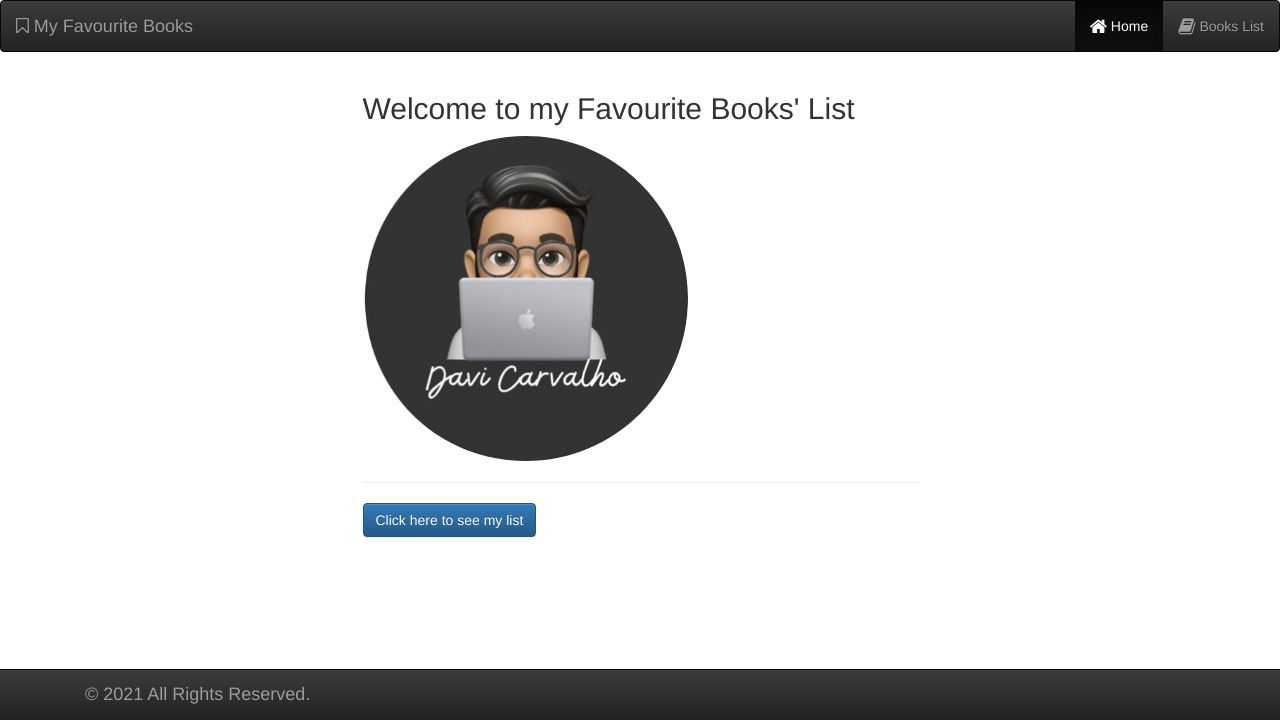
Repository: daviccarvalho/COMP229-M2021-Midterm-301154671
Page: http://localhost/
These files come from the project's save history. The page is drawn as it stood at one moment and after the next save; the edit follows.
The browser window is 1280 px wide. The pictures show the whole page.
The page is served by the project's Node server (server.js). Other server files are loaded and not shown.

Above is the page before, as saved 2021-06-22 19:05:53.

### server/views/content/index.ejs
<!--
Web App Name: Favourite Book List
Student Name: Davi Cavalcante de Carvalho
Student id# 301154671
June 22, 2021
-->
<%- include('../partials/header.ejs'); %>

    <!-- MAIN CONTENT -->
    <div class="container">
      <div class="row">
        <div class="col-md-offset-3 col-md-6">
          <h2>Welcome to my Favourite Books' List</h2>
        <img src="../../Assets/images/logo.svg" class="pe-4 d-block img-fluid align-top">
      <hr class="my-4">
        <div class="mx-auto" style="width: 200px;">
        <a class="btn btn-primary" href="/books" role="button">Click here to see my list</a>
      </div>
      </div>
    </div>

<%- include('../partials/footer.ejs'); %>

### server/views/partials/header.ejs
<!--
Web App Name: Favourite Book List
Student Name: Davi Cavalcante de Carvalho
Student id# 301154671
June 22, 2021
-->
<!DOCTYPE html>
<html lang="en">
  <head>
    <meta charset="utf-8">
    <meta name="viewport" content="width=device-width, initial-scale=1">
    <title><%= title %></title>
    <!-- CSS SECTION -->
    <link rel="stylesheet" href="/Scripts/lib/bootstrap/dist/css/bootstrap.min.css">
    <link rel="stylesheet" href="/Scripts/lib/bootstrap/dist/css/bootstrap-theme.min.css">
    <link rel="stylesheet" href="/Scripts/lib/font-awesome/css/font-awesome.min.css">
    <link rel="stylesheet" href="/@fortawesome/fontawesome-free/css/all.min.css">
    <link rel='stylesheet' href='/Content/app.css' />
  </head>
  <body>

  <nav class="navbar navbar-inverse" role="navigation">
    <!-- Brand and toggle get grouped for better mobile display -->
    <div class="navbar-header">
      <button type="button" class="navbar-toggle" data-toggle="collapse" data-target=".navbar-ex1-collapse">
        <span class="sr-only">Toggle navigation</span>
        <span class="icon-bar"></span>
        <span class="icon-bar"></span>
        <span class="icon-bar"></span>
      </button>
      <a class="navbar-brand" href="/"><i class="fa fa-bookmark-o"></i> My Favourite Books</a>
    </div>

    <!-- Collect the nav links, forms, and other content for toggling -->
    <div class="collapse navbar-collapse navbar-ex1-collapse">
      <ul class="nav navbar-nav navbar-right">
        <% if(title == "Home") { %>
          <li class="active"><a href="/"><i class="fa fa-home fa-lg"></i> Home</a></li>
        <% } else { %>
          <li><a href="/"><i class="fa fa-home fa-lg"></i> Home</a></li>
        <% } %>

          <% if(title == "books") { %>
          <li class="active"><a href="/books"><i class="fa fa-book fa-lg">
          </i> Books List</a></li>
          <% } else { %>
            <li><a href="/books"><i class="fa fa-book fa-lg">
            </i> Books List</a></li>
          <% } %>

      </ul>
    </div><!-- /.navbar-collapse -->
  </nav>

### server/views/partials/footer.ejs
<!--
Web App Name: Favourite Book List
Student Name: Davi Cavalcante de Carvalho
Student id# 301154671
June 22, 2021
-->
<nav class="navbar navbar-inverse navbar-fixed-bottom">
  <div class="container">
    <h4  class="navbar-text">&copy; 2021 All Rights Reserved.</h4>
  </div>
</nav>



<!-- JAVASCRIPT SECTION -->
    <script src="/Scripts/lib/jquery/dist/jquery.min.js"></script>
    <script src="/Scripts/lib/bootstrap/dist/js/bootstrap.min.js"></script>
    <script src="/Scripts/app.js"></script>
  </body>
</html>

### server.js
/*
Web App Name: Favourite Book List
Student Name: Davi Cavalcante de Carvalho
Student id# 301154671
June 22, 2021*/

let app = require('./server/config/app');
let debug = require('debug')('comp308-w2019-midterm:server');
let http = require('http');

/**
 * Get port from environment and store in Express.
 */

let port = normalizePort(process.env.PORT || '3000');
app.set('port', port);

/**
 * Create HTTP server.
 */

let server = http.createServer(app);

/**
 * Listen on provided port, on all network interfaces.
 */

server.listen(port);
server.on('error', onError);
server.on('listening', onListening);

/**
 * Normalize a port into a number, string, or false.
 */

function normalizePort(val) {
  let port = parseInt(val, 10);

  if (isNaN(port)) {
    // named pipe
    return val;
  }

  if (port >= 0) {
    // port number
    return port;
  }

  return false;
}

/**
 * Event listener for HTTP server "error" event.
 */

function onError(error) {
  if (error.syscall !== 'listen') {
    throw error;
  }

  let bind = typeof port === 'string'
    ? 'Pipe ' + port
    : 'Port ' + port;

  // handle specific listen errors with friendly messages
  switch (error.code) {
    case 'EACCES':
      console.error(bind + ' requires elevated privileges');
      process.exit(1);
      break;
    case 'EADDRINUSE':
      console.error(bind + ' is already in use');
      process.exit(1);
      break;
    default:
      throw error;
  }
}

/**
 * Event listener for HTTP server "listening" event.
 */

function onListening() {
  let addr = server.address();
  let bind = typeof addr === 'string'
    ? 'pipe ' + addr
    : 'port ' + addr.port;
  debug('Listening on ' + bind);
}

### server/routes/index.js
/*
Web App Name: Favourite Book List
Student Name: Davi Cavalcante de Carvalho
Student id# 301154671
June 22, 2021
*/
// modules required for routing
let express = require('express');
let router = express.Router();
let mongoose = require('mongoose');

// define the book model
let book = require('../models/books');

/* GET home page. wildcard */
router.get('/', (req, res, next) => {
  res.render('content/index', {
    title: 'Home',
    books: ''
   });
});

module.exports = router;

### client/Assets/images/logo.svg
<svg width="326" height="327" xmlns="http://www.w3.org/2000/svg" xmlns:xlink="http://www.w3.org/1999/xlink" overflow="hidden"><defs><clipPath id="clip0"><rect x="70" y="63" width="326" height="327"/></clipPath><image width="462" height="455" xlink:href="data:[embedded picture, 33003 characters]" preserveAspectRatio="none" id="img1"></image><clipPath id="clip2"><path d="M70 226.5C70 136.754 142.754 64 232.5 64 322.246 64 395 136.754 395 226.5 395 316.246 322.246 389 232.5 389 142.754 389 70 316.246 70 226.5Z" fill-rule="evenodd" clip-rule="evenodd"/></clipPath></defs><g clip-path="url(#clip0)" transform="translate(-70 -63)"><g clip-path="url(#clip2)"><use width="100%" height="100%" xlink:href="#img1" transform="matrix(0.703463 0 0 0.714286 70 64)"></use></g></g></svg>

### client/Scripts/app.js
/* custom JS goes here */

/* pagination code from http://www.bootply.com/lxa0FF9yhw */
$.fn.pageMe = function(opts){
    var $this = this,
        defaults = {
            perPage: 7,
            showPrevNext: false,
            hidePageNumbers: false
        },
        settings = $.extend(defaults, opts);

    var listElement = $this;
    var perPage = settings.perPage;
    var children = listElement.children();
    var pager = $('.pager');

    if (typeof settings.childSelector!="undefined") {
        children = listElement.find(settings.childSelector);
    }

    if (typeof settings.pagerSelector!="undefined") {
        pager = $(settings.pagerSelector);
    }

    var numItems = children.size();
    var numPages = Math.ceil(numItems/perPage);

    pager.data("curr",0);

    if (settings.showPrevNext){
        $('<li><a href="#" class="prev_link">«</a></li>').appendTo(pager);
    }

    var curr = 0;
    while(numPages > curr && (settings.hidePageNumbers==false)){
        $('<li><a href="#" class="page_link">'+(curr+1)+'</a></li>').appendTo(pager);
        curr++;
    }

    if (settings.showPrevNext){
        $('<li><a href="#" class="next_link">»</a></li>').appendTo(pager);
    }

    pager.find('.page_link:first').addClass('active');
    pager.find('.prev_link').hide();
    if (numPages<=1) {
        pager.find('.next_link').hide();
    }
  	pager.children().eq(1).addClass("active");

    children.hide();
    children.slice(0, perPage).show();

    pager.find('li .page_link').click(function(){
        var clickedPage = $(this).html().valueOf()-1;
        goTo(clickedPage,perPage);
        return false;
    });
    pager.find('li .prev_link').click(function(){
        previous();
        return false;
    });
    pager.find('li .next_link').click(function(){
        next();
        return false;
    });

    function previous(){
        var goToPage = parseInt(pager.data("curr")) - 1;
        goTo(goToPage);
    }

    function next(){
        goToPage = parseInt(pager.data("curr")) + 1;
        goTo(goToPage);
    }

    function goTo(page){
        var startAt = page * perPage,
            endOn = startAt + perPage;

        children.css('display','none').slice(startAt, endOn).show();

        if (page>=1) {
            pager.find('.prev_link').show();
        }
        else {
            pager.find('.prev_link').hide();
        }

        if (page<(numPages-1)) {
            pager.find('.next_link').show();
        }
        else {
            pager.find('.next_link').hide();
        }

        pager.data("curr",page);
      	pager.children().removeClass("active");
        pager.children().eq(page+1).addClass("active");

    }
};

// IIFE
(function(){
  $(".btn-danger").click(function(event){
    if(!confirm("Are you sure?")) {
      event.preventDefault();
      window.location.assign("/books");
    }
  });

 /* pagination code */
  $('#myTable').pageMe(
    {pagerSelector:'#myPager',showPrevNext:true,hidePageNumbers:false,perPage:6}
    );
})();

Loaded but not shown: client/Scripts/lib/bootstrap/dist/css/bootstrap.min.css (library); client/Scripts/lib/bootstrap/dist/css/bootstrap-theme.min.css (library); client/Scripts/lib/font-awesome/css/font-awesome.min.css (library); client/Content/app.css (common file); client/Scripts/lib/jquery/dist/jquery.min.js (library); client/Scripts/lib/bootstrap/dist/js/bootstrap.min.js (library)

After the next save:
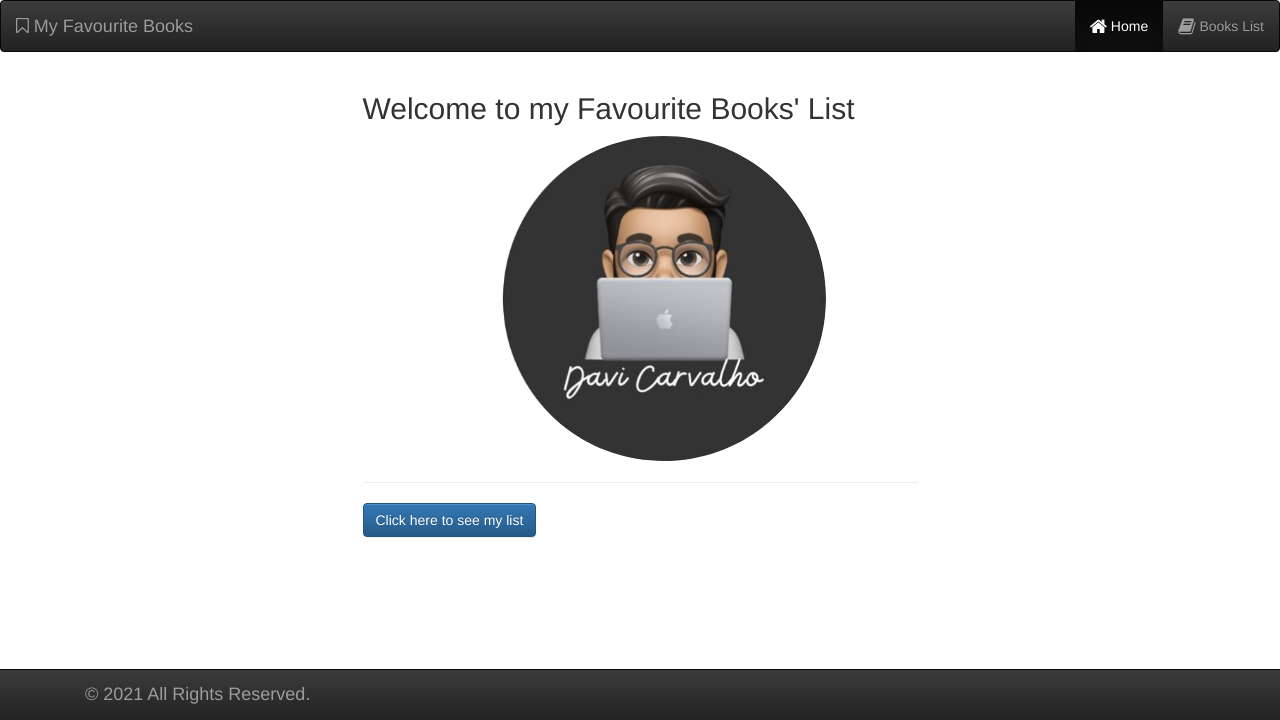
Saved 8 s later.
--- a/server/views/content/index.ejs
+++ b/server/views/content/index.ejs
@@ -11,7 +11,7 @@ June 22, 2021
       <div class="row">
         <div class="col-md-offset-3 col-md-6">
           <h2>Welcome to my Favourite Books' List</h2>
-        <img src="../../Assets/images/logo.svg" class="pe-4 d-block img-fluid align-top">
+        <img src="../../Assets/images/logo.svg" class="col-md-offset-3 pe-4 d-block img-fluid align-top">
       <hr class="my-4">
         <div class="mx-auto" style="width: 200px;">
         <a class="btn btn-primary" href="/books" role="button">Click here to see my list</a>
